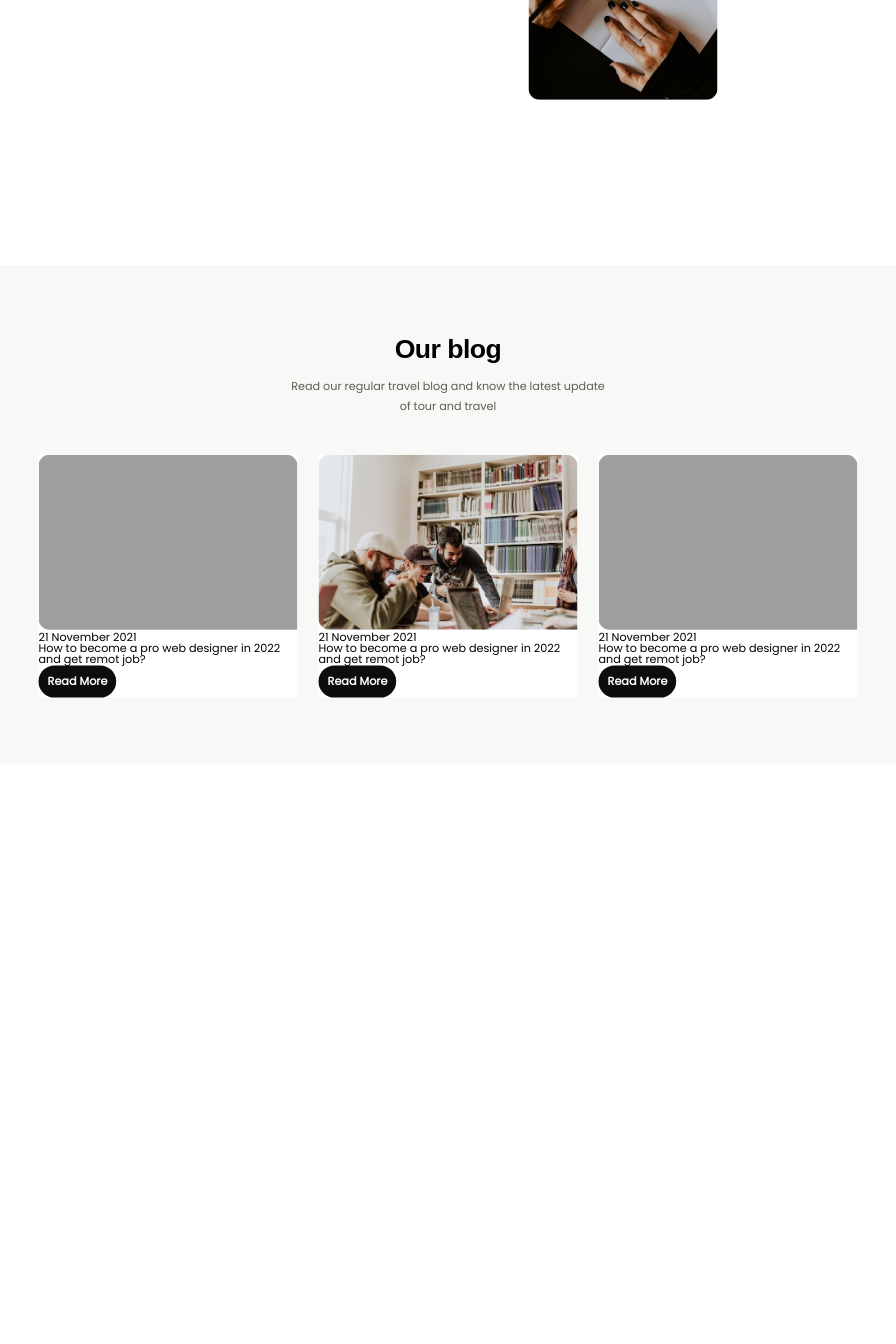
Repository: nguyendonghieu1011-png/figma-to-html1
Page: index.html
An editor plug-in stored every save of this project. The page is shown before and after the next save, followed by the edit.
The browser window is 1280 px wide. The pictures show the part of the page from y = 3431 to 5351 px (the page is 10000 px tall), at 70% of full size.
Pictures or frames that could not be fetched are drawn as grey boxes. A picture or video elsewhere on the page could not be fetched, so the positions and the page height are approximate. Some web fonts or font styles are not loaded; a fallback is used. Some web libraries are served in a nearby version.

Above is the page before, as saved 2026-01-06 18:07:10.

After the next save:
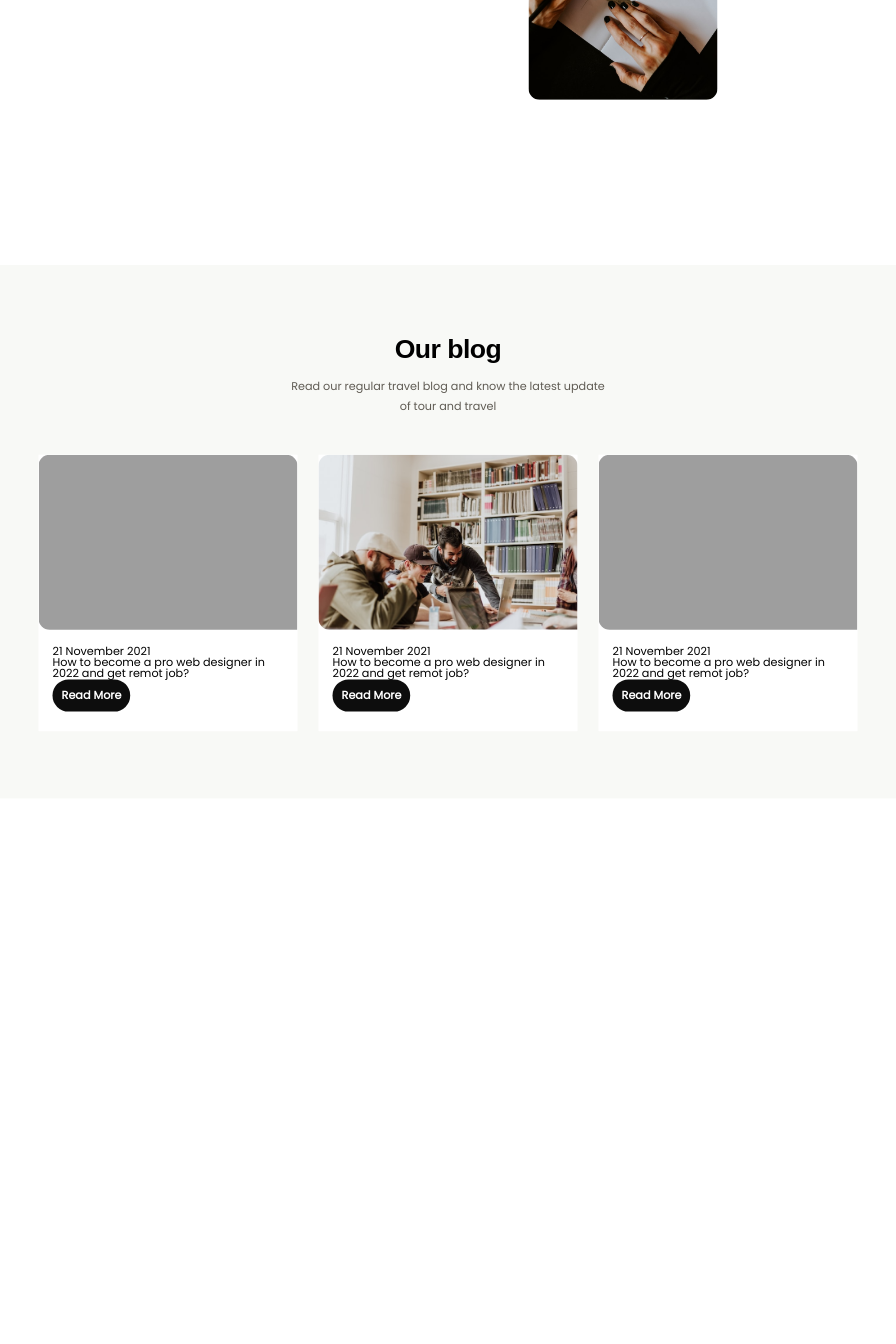
Saved 2 min 55 s later.
--- a/assets/css/style.css
+++ b/assets/css/style.css
@@ -569,6 +569,10 @@ a {
   margin-top: 55px;
 }
 
+.blog .item .info {
+  padding: 20px 20px 28px;
+}
+
 .blog-list .item .thumb {
   width: 100%;
   height: 250px;
